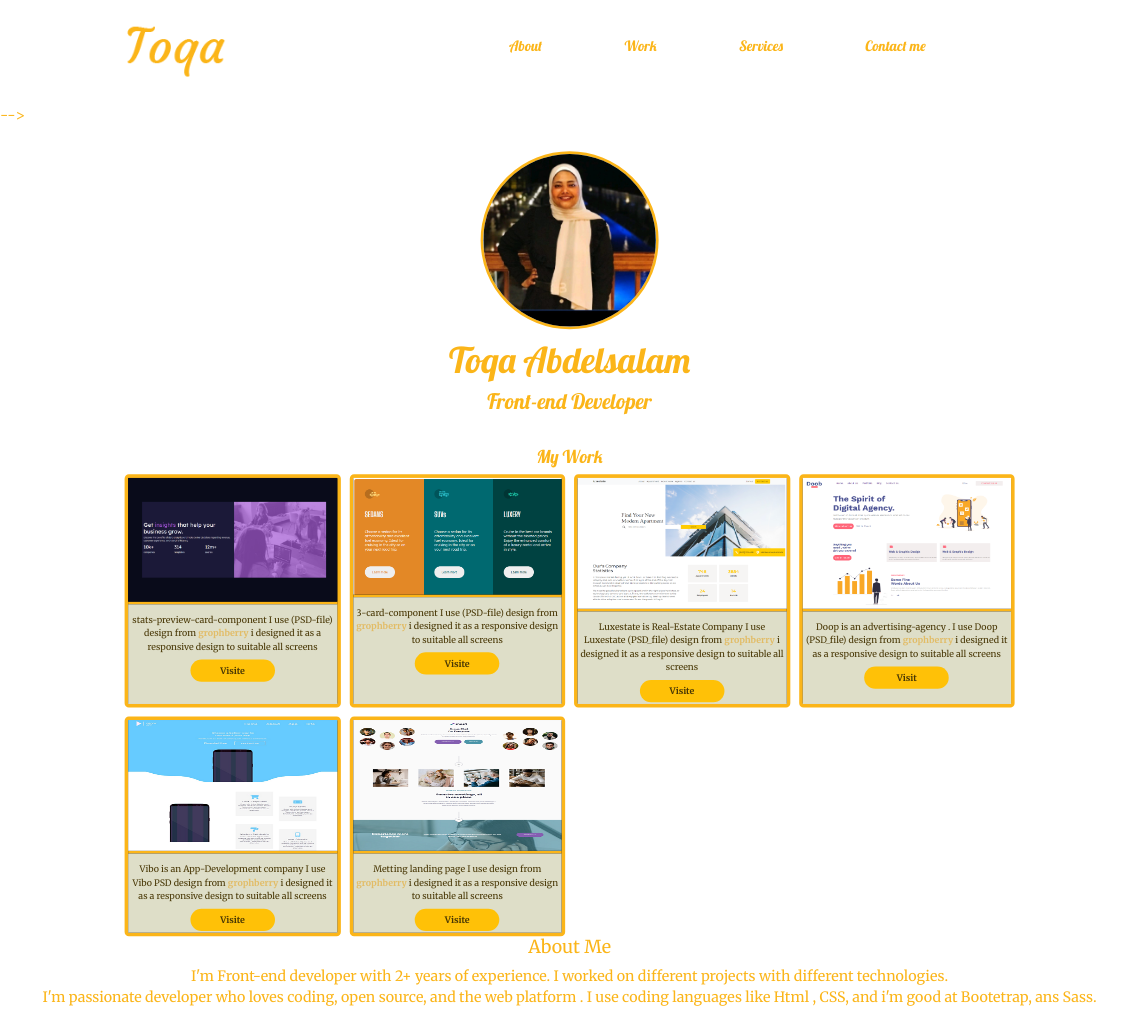
Repository: Toqa-25/portfolio
Page: index.html
The author's editor kept a copy of each file at every save. The page is drawn from the files as they stood at one save, then again after a run of saves.
The browser window is 1280 px wide. The pictures show the whole page, at 89% of full size.
Some web fonts or font styles are not loaded; a fallback is used.

Above is the page before, as saved 2021-10-31 16:35:13.

After the next 4 saves:
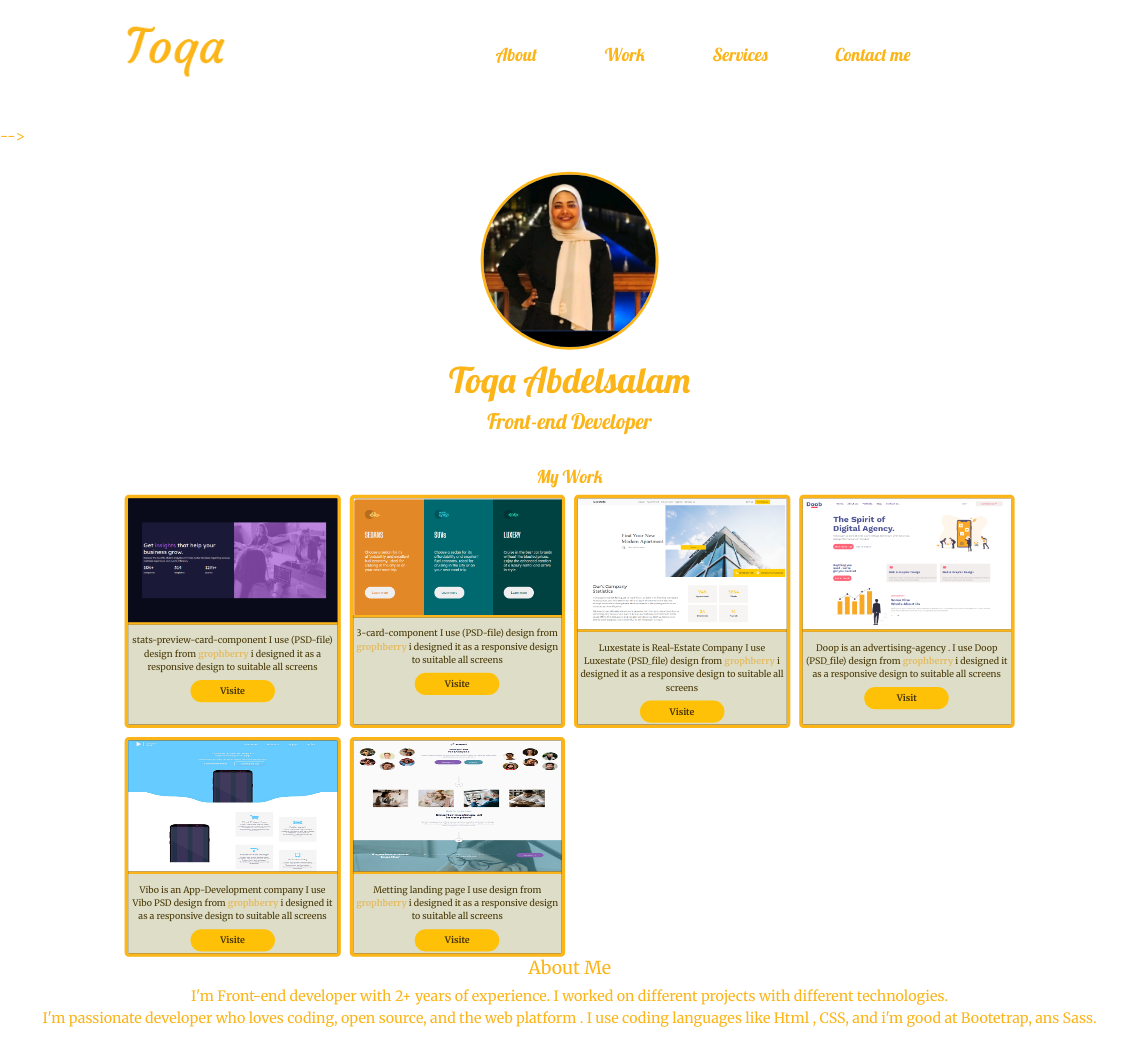
The 4 saves are shown as one change because they came seconds apart.
The last was saved 10 s later.
--- a/css/style.css
+++ b/css/style.css
@@ -56,7 +56,8 @@ body{
      display: flex;
      justify-content: space-between;
      align-items: center;
-     \
+         padding: 17px;
+    font-size: 20px;
  }
  .header-nav .list{
  }
